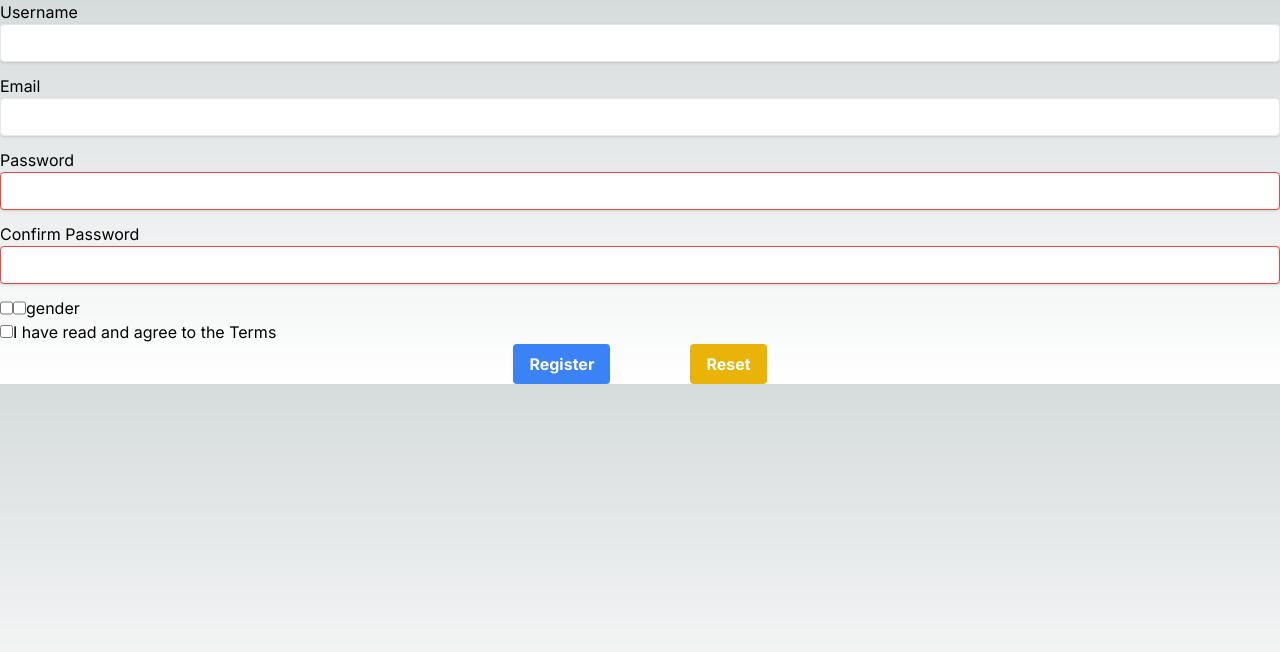
Repository: uh-sman/tiktok-card
Page: /
These files come from the project's save history. The page is drawn as it stood at one moment and after the next save; the edit follows.
The browser window is 1280 px wide. The pictures show the whole page.
The project was rebuilt for these pictures with package versions that can differ from the ones it lists, and the page was loaded fresh each time. The framework's server and built-in components were replaced by stand-ins that run in the browser. Also part of the build but not shown: next.config.js.

Above is the page before, as saved 2023-12-19 13:59:34.

After the next save:
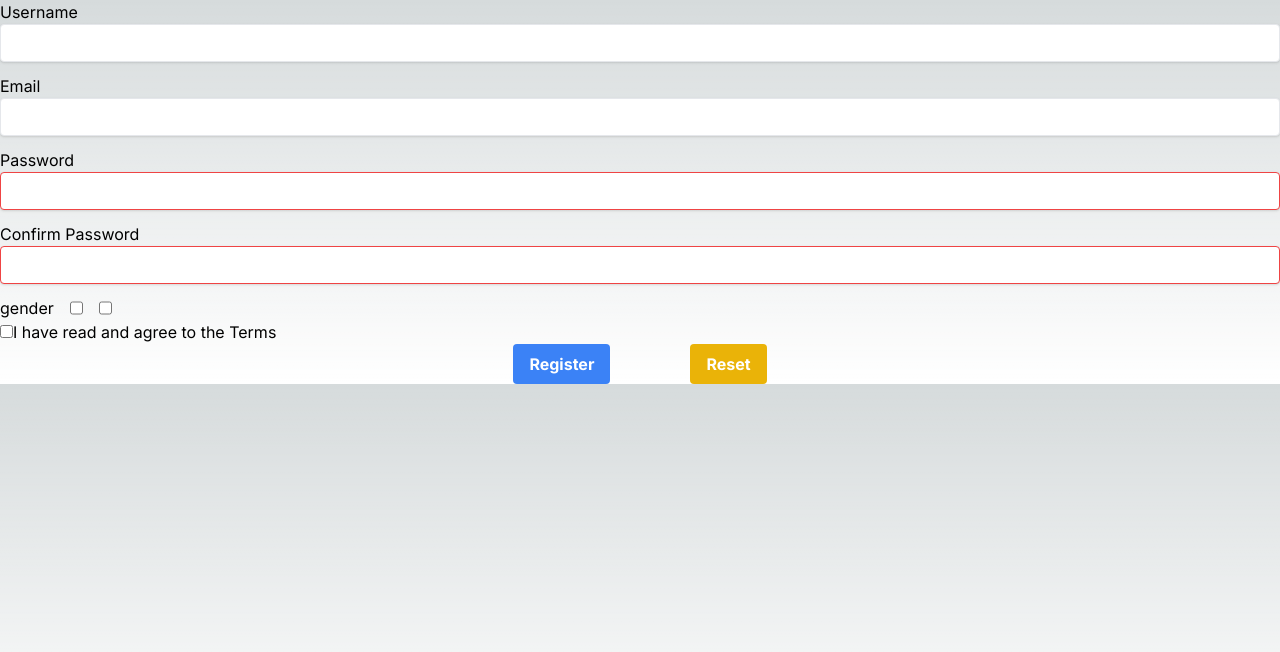
Saved 19 s later.
--- a/app/components/AuthForm.tsx
+++ b/app/components/AuthForm.tsx
@@ -61,7 +61,10 @@ const AuthForm: React.FC = () => {
             </div>
           </div>
 
-          <div className="flex flex-wrap-reverse">
+          <div className="flex gap-4">
+          <label htmlFor="gender" className="form-check-label">
+              gender
+            </label>
             <input
               type="checkbox"
               {...register('male')}
@@ -70,9 +73,6 @@ const AuthForm: React.FC = () => {
               type="checkbox"
               {...register('female')}
             />
-            <label htmlFor="gender" className="form-check-label">
-              gender
-            </label>
             <div className="invalid-feedback">
                 </div>
           </div>
